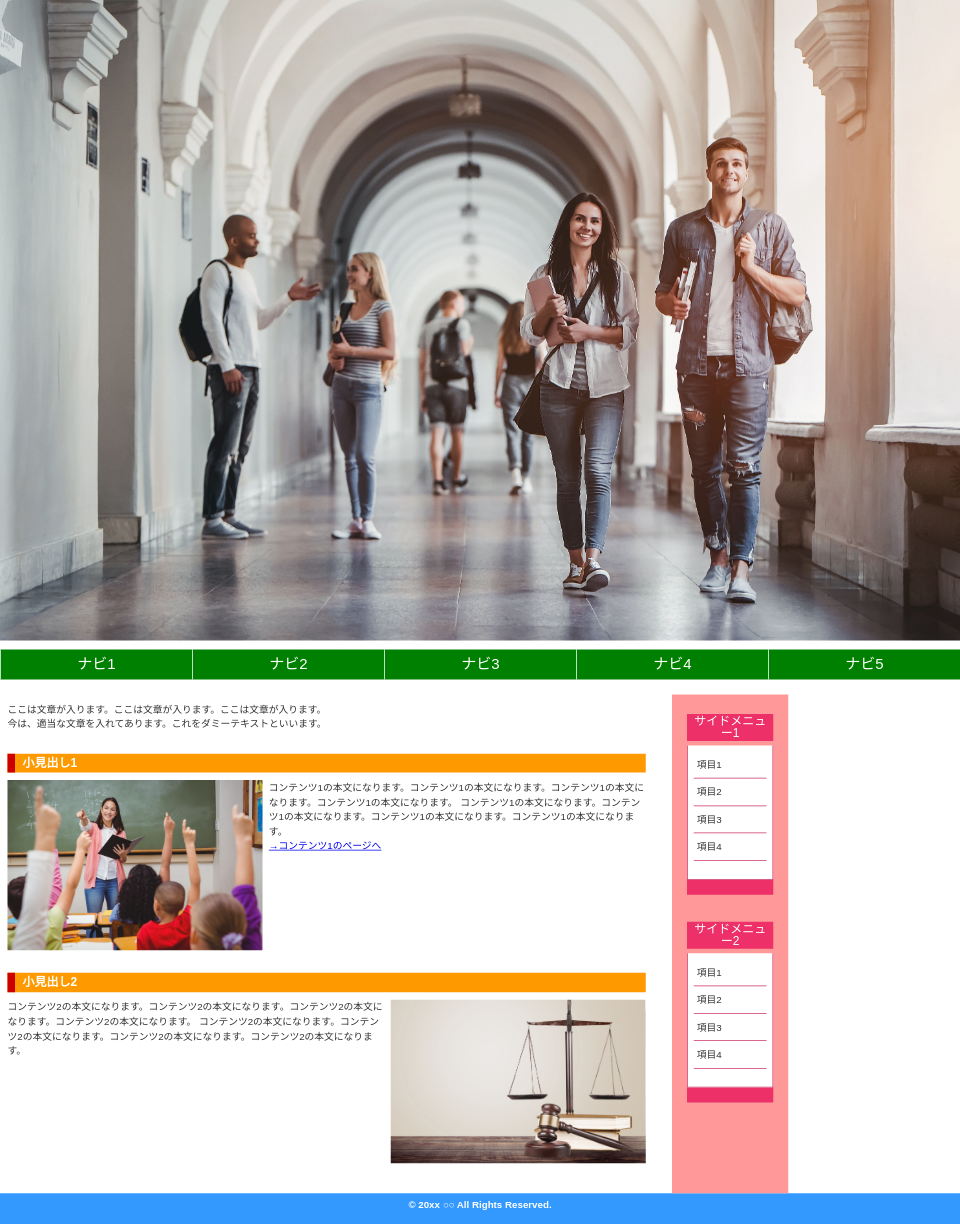
Repository: masyumaro7921/samurai_HTML-CSS
Page: home.html
The author's editor kept a record of every edit. The page is drawn from the files as they stood at one moment, then again after the next edit.
The browser window is 1280 px wide. The pictures show the whole page, at 75% of full size.

Above is the page before.

After the next edit:
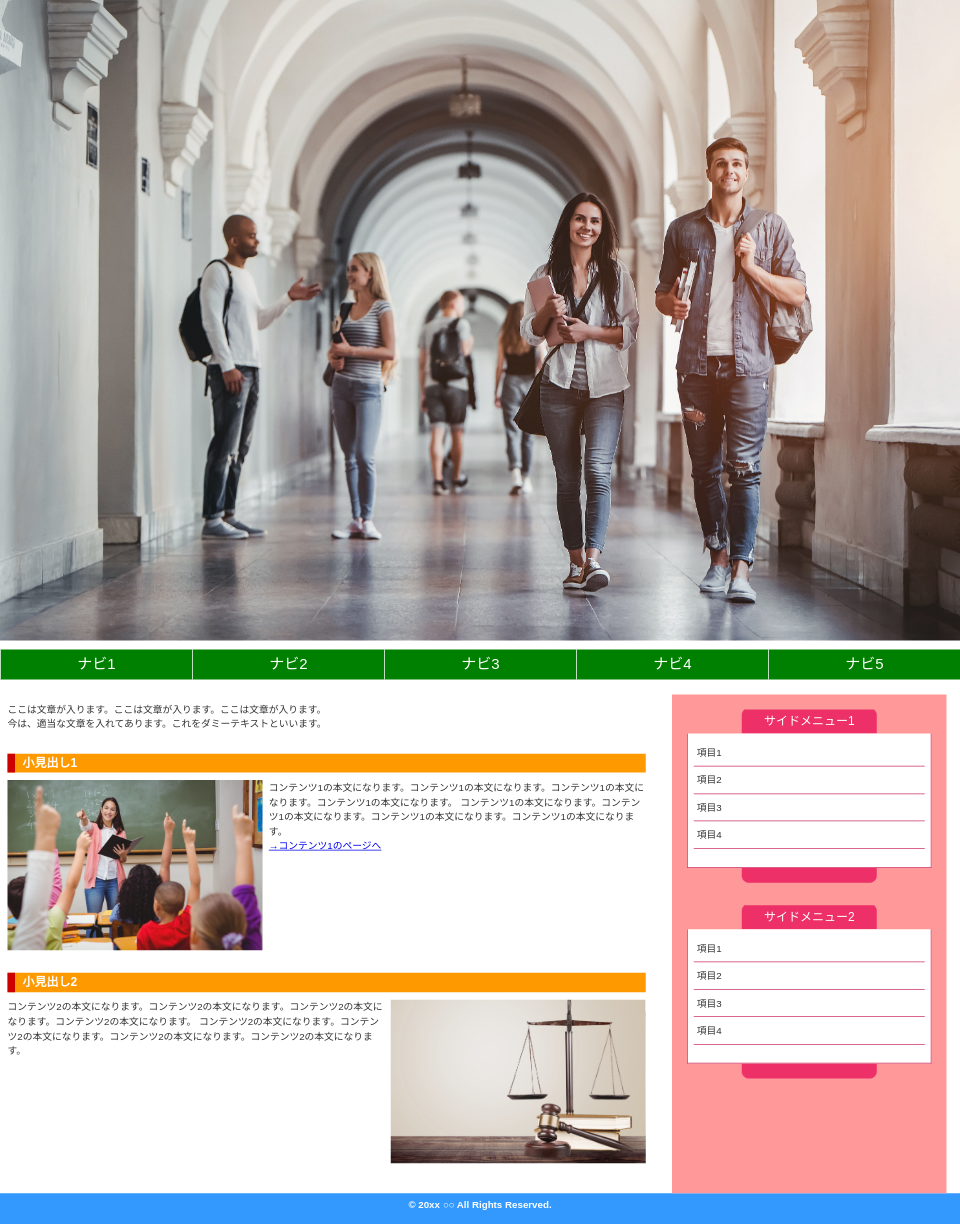
The edit:
--- a/stylesheet.css
+++ b/stylesheet.css
@@ -250,8 +250,7 @@
 }
    /* -------------------- side -------------------- */
    #side {
-       float: right;
-       width: 30%;
+    width: 85%;
        padding: 20px;
        background-color: #F99;
 }
